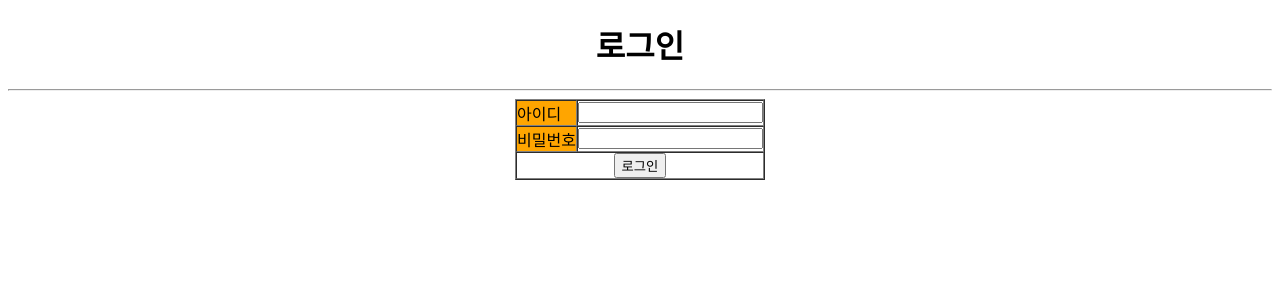
Repository: kong980/EclipseWork
Page: ServletTest3/src/main/webapp/Index.html
An editor plug-in stored every save of this project. The page is shown before and after the next save, followed by the edit.
The browser window is 1280 px wide. The pictures show the whole page.

Above is the page before, as saved 2023-09-14 03:14:05.

After the next save:
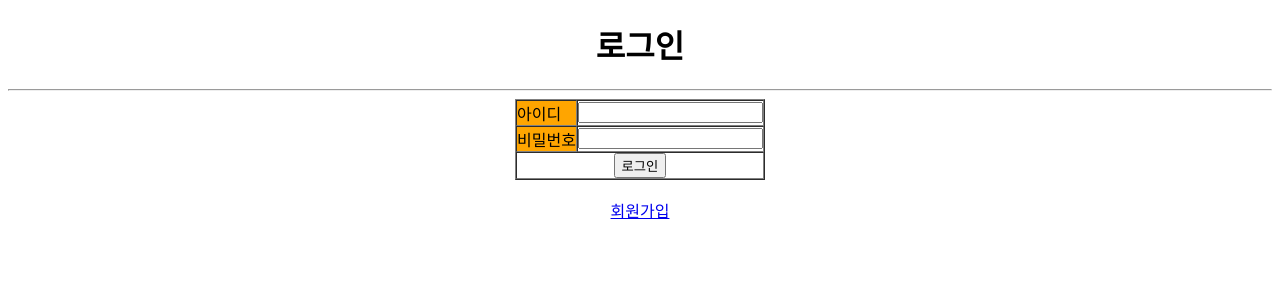
Saved 17 s later.
--- a/ServletTest3/src/main/webapp/Index.html
+++ b/ServletTest3/src/main/webapp/Index.html
@@ -26,6 +26,7 @@
 			</table>
 		</form>
 		<br>
+		<a href="insertUser.html">회원가입</a>
 	</center>
 </body>
 </html>
